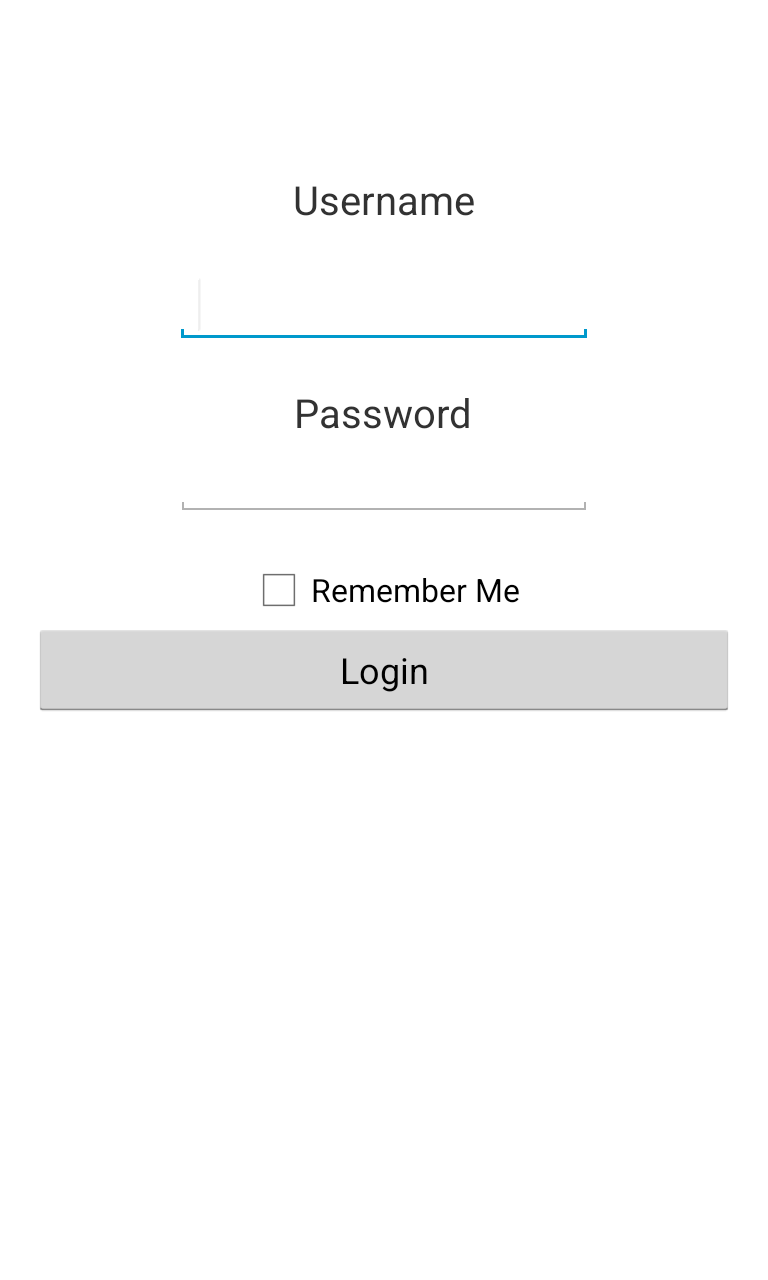
Repository: emeryduh/AndroidProject
Layout: client/TeamJonesProject/res/layout/activity_login.xml
The author's editor kept a copy of each file at every save. The layout is drawn from the files as they stood at one save, then again after the next save.
It is drawn on a 768 x 1280 px phone screen (xhdpi) without system bars, with theme AppTheme; the app's code is not run.

Above is the layout before, as saved 2014-10-01 01:28:44.

### client/TeamJonesProject/res/layout/activity_login.xml
<RelativeLayout xmlns:android="http://schemas.android.com/apk/res/android"
    xmlns:tools="http://schemas.android.com/tools"
    android:layout_width="match_parent"
    android:layout_height="match_parent"
    android:paddingBottom="@dimen/activity_vertical_margin"
    android:paddingLeft="@dimen/activity_horizontal_margin"
    android:paddingRight="@dimen/activity_horizontal_margin"
    android:paddingTop="@dimen/activity_vertical_margin"
    tools:context="com.comp313.LoginActivity" >

    <LinearLayout
        android:id="@+id/linearLayout_header"
        android:layout_width="match_parent"
        android:layout_height="@dimen/bodySpacing_headerHeight"
        android:layout_alignParentLeft="true"
        android:layout_alignParentTop="true"
        android:orientation="vertical" >
    </LinearLayout>

    <LinearLayout
        android:id="@+id/linearLayout_body"
        android:layout_width="match_parent"
        android:layout_height="wrap_content"
        android:layout_alignLeft="@+id/linearLayout_header"
        android:layout_below="@+id/linearLayout_header"
        android:orientation="vertical" >

        <TextView
            android:id="@+id/username_text"
            android:layout_width="wrap_content"
            android:layout_height="wrap_content"
            android:layout_gravity="center_horizontal"
            android:text="@string/username_text"
            android:textSize="20sp" />

        <EditText
            android:id="@+id/username_field"
            android:layout_width="wrap_content"
            android:layout_height="wrap_content"
            android:layout_gravity="center_horizontal"
            android:layout_marginTop="@dimen/bodySpacing_top"
            android:ems="10"
            android:inputType="textAutoComplete" >

            <requestFocus />
        </EditText>

        <TextView
            android:id="@+id/password_text"
            android:layout_width="wrap_content"
            android:layout_height="wrap_content"
            android:layout_gravity="center_horizontal"
            android:layout_marginTop="@dimen/bodySpacing_top"
            android:text="@string/password_text"
            android:textSize="20sp" />

        <EditText
            android:id="@+id/password_field"
            android:layout_width="wrap_content"
            android:layout_height="wrap_content"
            android:layout_gravity="center_horizontal"
            android:ems="10"
            android:inputType="textPassword" />

        <CheckBox
            android:id="@+id/rememberMeCheckBox"
            android:layout_width="wrap_content"
            android:layout_height="wrap_content"
            android:layout_gravity="center_horizontal"
            android:layout_marginTop="@dimen/bodySpacing_top"
            android:text="@string/rememberMe_text" />

        <Button
            android:id="@+id/loginButton"
            android:layout_width="match_parent"
            android:layout_height="wrap_content"
            android:layout_gravity="center_horizontal"
            android:text="@string/login_text" />

    </LinearLayout>

    <LinearLayout
        android:id="@+id/linearLayout_footer"
        android:layout_width="match_parent"
        android:layout_height="wrap_content"
        android:layout_alignParentBottom="true"
        android:layout_alignParentLeft="true"
        android:layout_marginBottom="50dp"
        android:orientation="vertical" >
    </LinearLayout>

</RelativeLayout>

### client/TeamJonesProject/res/values/dimens.xml
<resources>

    <!-- Default screen margins, per the Android Design guidelines. -->
    <dimen name="activity_horizontal_margin">16dp</dimen>
    <dimen name="activity_vertical_margin">16dp</dimen>

    <!-- Chat Activity Configuration -->
    <dimen name="chatbox_min_height">15dp</dimen>
    <dimen name="chatbox_max_height">150dp</dimen>
    <dimen name="chatbox_min_width">15dp</dimen>
    <dimen name="chatbox_max_width">150dp</dimen>

    <!-- Registration Activity Configuration -->
    <dimen name="bodySpacing_headerHeight">70dp</dimen>
    <dimen name="bodySpacing_top">20dp</dimen>
</resources>

### client/TeamJonesProject/res/values/strings.xml
<?xml version="1.0" encoding="utf-8"?>
<resources>

    <string name="app_name">CentChat</string>
    <string name="action_settings">Settings</string>

    <!-- Chat screen text -->
    <string name="btnSend_text">Send</string>
    <string name="default_text">Welcome to CentChat!</string>
    <string name="default_clientType_text">Type a message here.</string>

    <!-- Login screen text -->
    <string name="username_text">Username</string>
    <string name="password_text">Password</string>
    <string name="rememberMe_text">Remember Me</string>
    <string name="login_text">Login</string>
    <string name="title_activity_login">LoginActivity</string>

    <!-- Registration screen text -->
    <string name="username_registration_text">Username</string>
    <string name="email_registration_text">Email</string>
    <string name="password_registration_text">Password</string>
    <string name="password_registration_check_text">Re-enter Password</string>
    <string name="submit_registration_text">Register</string>
    <string name="title_activity_registration">RegistrationActivity</string>


</resources>

Loaded but not shown: client/TeamJonesProject/res/values/styles.xml (common file); client/TeamJonesProject/res/values-v11/styles.xml (common file); client/TeamJonesProject/res/values-v14/styles.xml (common file); client/TeamJonesProject/res/values-w820dp/dimens.xml (common file)

After the next save:
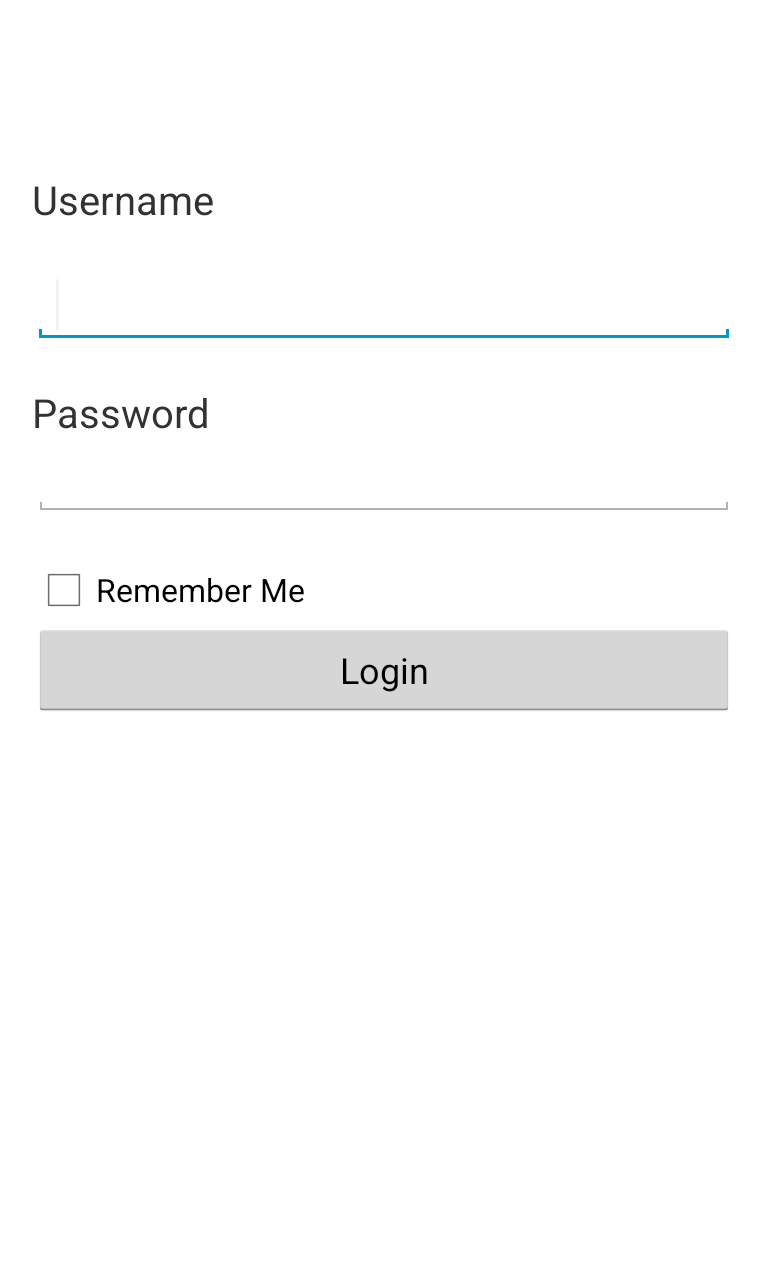
Saved 50 s later.
--- a/client/TeamJonesProject/res/layout/activity_login.xml
+++ b/client/TeamJonesProject/res/layout/activity_login.xml
@@ -27,7 +27,7 @@
 
         <TextView
             android:id="@+id/username_text"
-            android:layout_width="wrap_content"
+            android:layout_width="match_parent"
             android:layout_height="wrap_content"
             android:layout_gravity="center_horizontal"
             android:text="@string/username_text"
@@ -35,7 +35,7 @@
 
         <EditText
             android:id="@+id/username_field"
-            android:layout_width="wrap_content"
+            android:layout_width="match_parent"
             android:layout_height="wrap_content"
             android:layout_gravity="center_horizontal"
             android:layout_marginTop="@dimen/bodySpacing_top"
@@ -47,7 +47,7 @@
 
         <TextView
             android:id="@+id/password_text"
-            android:layout_width="wrap_content"
+            android:layout_width="match_parent"
             android:layout_height="wrap_content"
             android:layout_gravity="center_horizontal"
             android:layout_marginTop="@dimen/bodySpacing_top"
@@ -56,7 +56,7 @@
 
         <EditText
             android:id="@+id/password_field"
-            android:layout_width="wrap_content"
+            android:layout_width="match_parent"
             android:layout_height="wrap_content"
             android:layout_gravity="center_horizontal"
             android:ems="10"
@@ -64,7 +64,7 @@
 
         <CheckBox
             android:id="@+id/rememberMeCheckBox"
-            android:layout_width="wrap_content"
+            android:layout_width="match_parent"
             android:layout_height="wrap_content"
             android:layout_gravity="center_horizontal"
             android:layout_marginTop="@dimen/bodySpacing_top"
